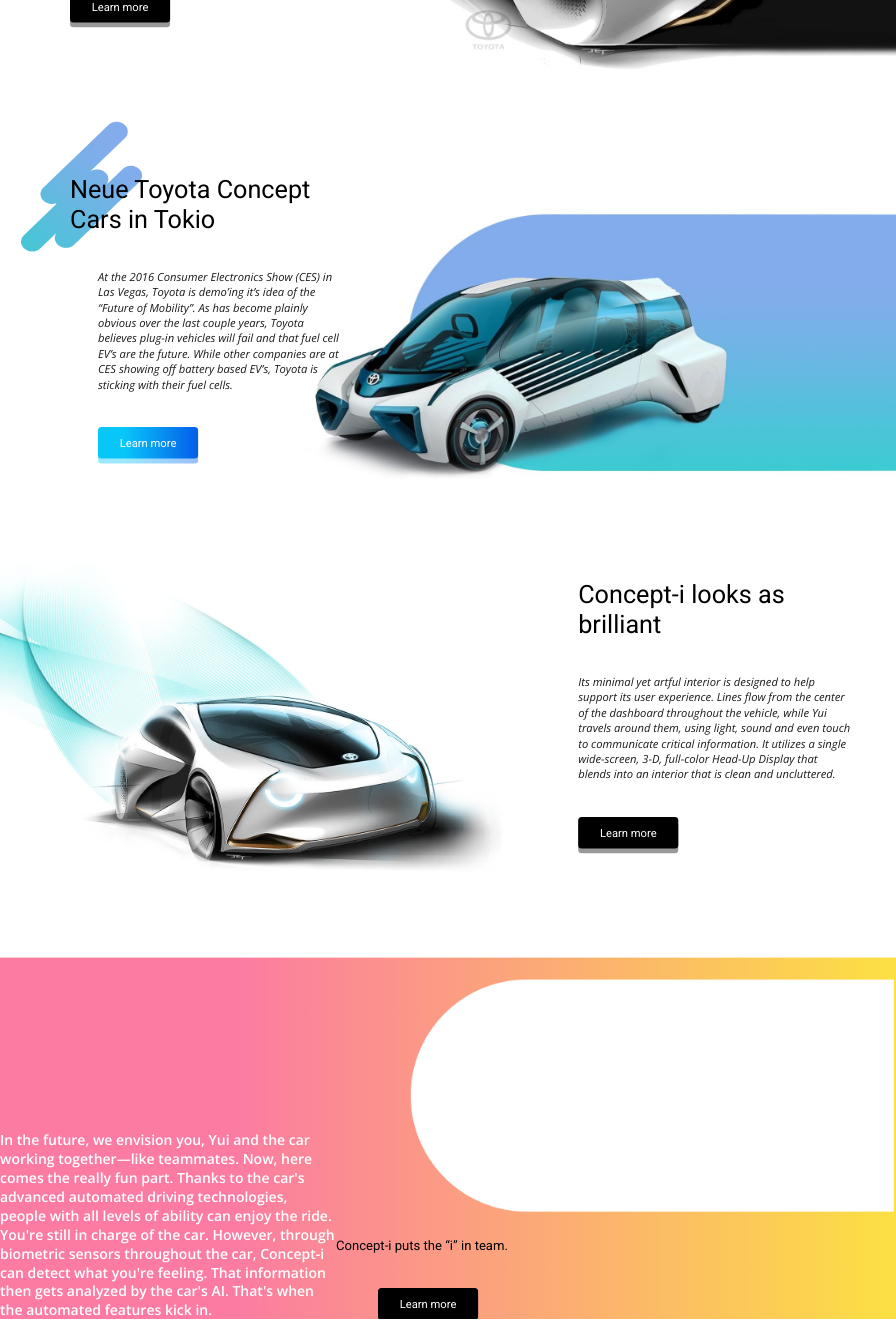
Repository: ThanhThn/Moto-Toyota
Page: index.html
An editor plug-in stored every save of this project. The page is shown before and after the next save, followed by the edit.
The browser window is 1280 px wide. The pictures show the part of the page from y = 1820 to 3740 px (the page is 3705 px tall before and 3740 px after), at 70% of full size.

Above is the page before, as saved 2022-07-07 12:43:25.

After the next save:
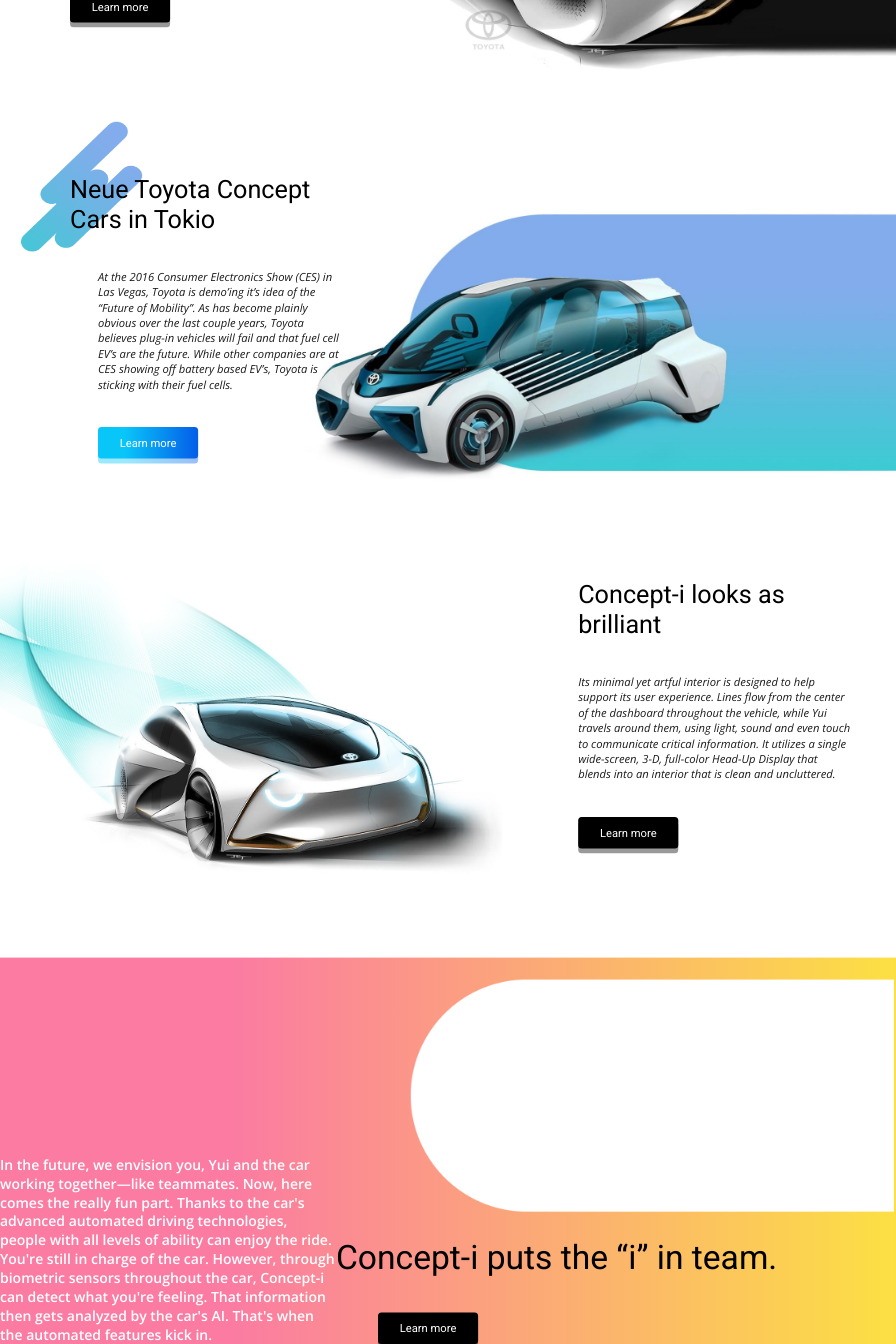
Saved 33 s later.
--- a/css/style.css
+++ b/css/style.css
@@ -276,4 +276,5 @@
 {
     font-family: var(--heading-family);
     font-weight: 400;
-}
+    font-size: 48px;
+}
